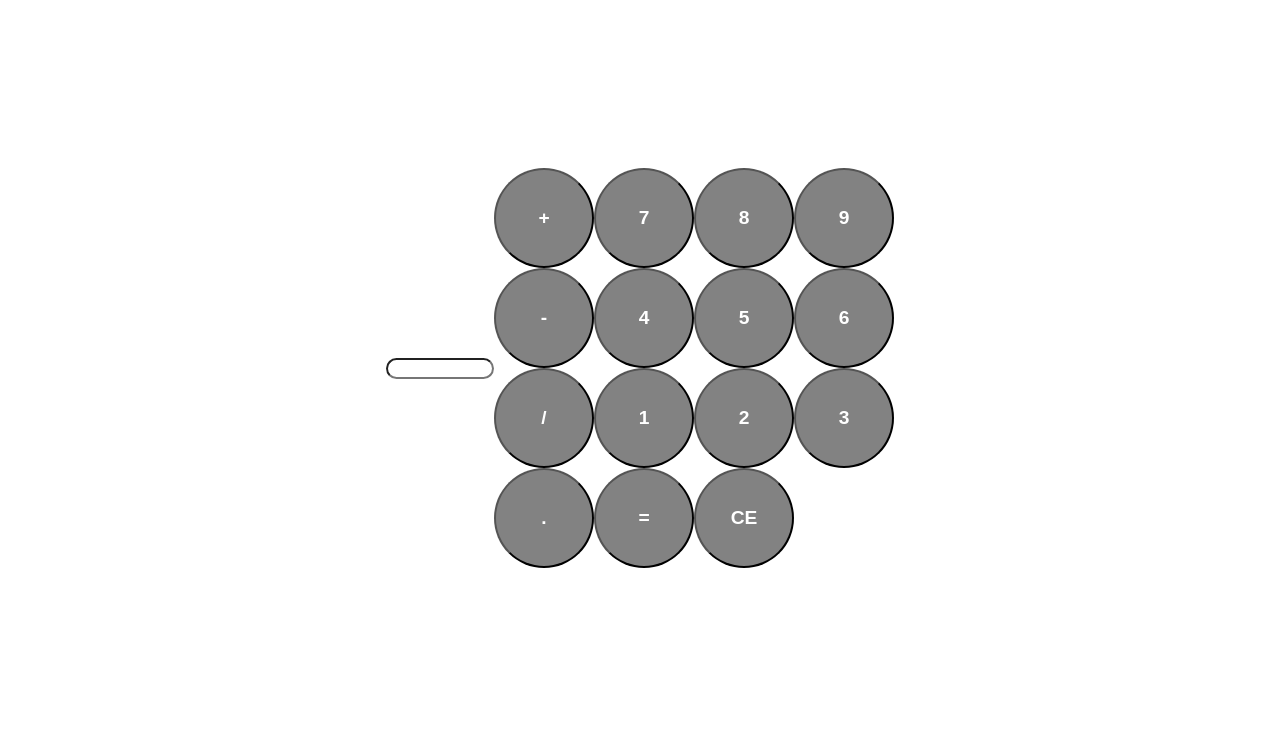
Repository: rkrukshan/JS-Calculator
Page: index.html
The author's editor kept a copy of each file at every save. The page is drawn from the files as they stood at one save, then again after a run of saves.
The browser window is 1280 px wide. The pictures show the whole page.

Above is the page before, as saved 2024-09-02 13:30:43.

### index.html
<!DOCTYPE html>
<html lang="en">

<head>
    <meta charset="UTF-8">
    <meta name="viewport" content="width=device-width, initial-scale=1.0">
    <title>Document</title>
    <link rel="stylesheet" href="style.css">
</head>

<body>
    <div id="calculator">
        <input id="screen" readonly>
        <div id="buttons">

            <button onclick="appendScreen('+')">+</button>
            <button onclick="appendScreen('7')">7</button>
            <button onclick="appendScreen('8')">8</button>
            <button onclick="appendScreen('9')">9</button>
            <button onclick="appendScreen('-')">-</button>
            <button onclick="appendScreen('4')">4</button>
            <button onclick="appendScreen('5')">5</button>
            <button onclick="appendScreen('6')">6</button>
            <button onclick="appendScreen('/')">/</button>
            <button onclick="appendScreen('1')">1</button>
            <button onclick="appendScreen('2')">2</button>
            <button onclick="appendScreen('3')">3</button>
            <button onclick="appendScreen('.')">.</button>
            <button onclick="appendScreen('=')">=</button>
            <button onclick="appendScreen('CE')">CE</button>

        </div>
    </div>
</body>

</html>

### style.css
#calculator {
  display: flex;
  align-items: center;
  height: 100vh;
  justify-content: center;
  border: none;
}
#screen {
  width: 100px;
  color: white;
  border-radius: 15px;
}
#buttons {
  display: grid;
  grid-template-columns: repeat(4, 1fr);
}
button{
    width: 100px;
    height: 100px;
    border-radius: 50px;
    color: white;
    background-color: hsl(0, 0%,51%);
    font-size: larger;
    font-weight: bold;
}

After the next 2 saves:
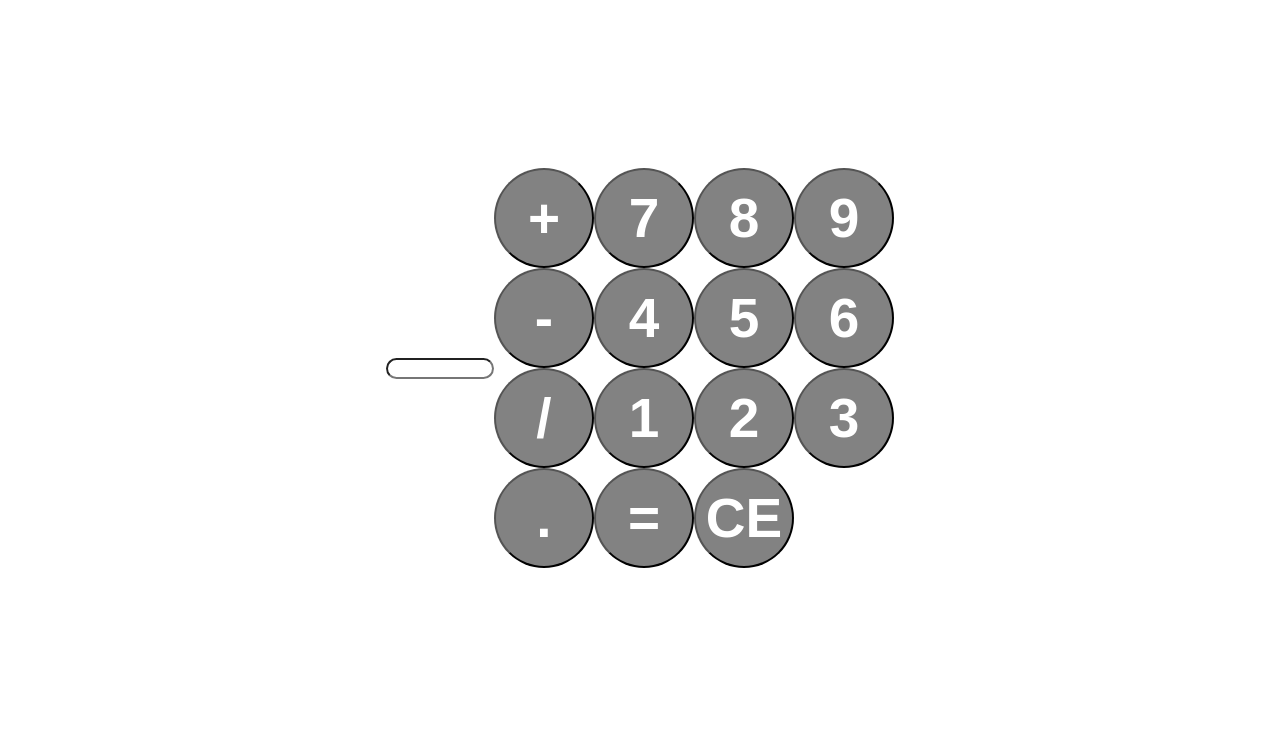
The 2 saves are shown as one change because they came seconds apart.
The last was saved 12 s later.
--- a/style.css
+++ b/style.css
@@ -20,6 +20,6 @@
     border-radius: 50px;
     color: white;
     background-color: hsl(0, 0%,51%);
-    font-size: larger;
+    font-size: 55px;
     font-weight: bold;
 }
